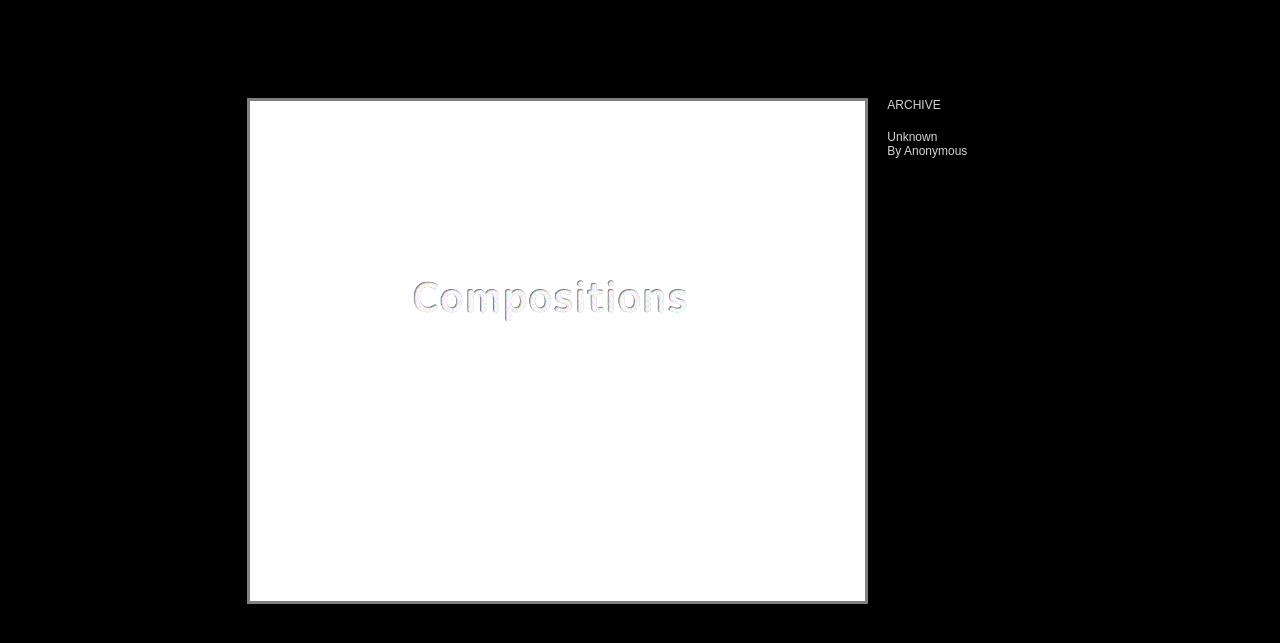
Repository: parkh899/parkh899.github.io
Page: lab/archive/display.html
The author's editor kept a record of every edit. The page is drawn from the files as they stood at one moment, then again after the next edit.
The browser window is 1280 px wide. The pictures show the whole page.

Above is the page before.
Console error (its wording comes from the project's code and is left out).

### lab/archive/display.html
<html>
<head>
  <meta charset="utf-8">
  <title>jQuery UI Selectable - Default functionality</title>
  <style>
  table {
 	border-spacing: 5px;
  }

  img {
	margin 5px;
  }

  .imgWork {
	height: 500px;
	border-style: solid;
	border-width: 3px;
	border-color: gray;
  }

  .workText {
	color: lightgray;
	font-family: Sans-serif;
	font-size: 12px;
	margin-right: 10px;
  }

  a:link {
    text-decoration: none;
	font-family: vrinda, arial, "Times New Roman", Times, serif;
	font-size: 12px;
	color: lightgray;
  }

  a:visited {
    text-decoration: none;
	color: lightgray;
  }

  a:hover {
    text-decoration: none;
	color: gray;
  }

  a:active {
    text-decoration: none;
  }
  </style>

  <link rel="icon" href="favicon.jpg" sizes="16x16 32x32" type="image/jpg">
  <script type='text/javascript' src='js/jquery-2.1.3.js'></script>
  <script>

  $(function() {
	var work = JSON.parse(localStorage.work);
	var html = "";

	html += "<img class='imgWork' src='img/" + work.id + ".gif' />";
	console.debug(html);
    $("#work").html(html);
	$("#title").html(work.title);
	$("#author").html("By " + work.author);
	$("#source").html("<a target='source' href='view-source:" + work.link + "'>View Source</a>");
  });
  </script>
</head>
<body bgcolor="black">

<table width="100%" height="100%">
<tr>
<td align="center" valign="center">

<table>
<tr>
  <td width="80%" align="center" valign="center">
    <div id='work'><img class='imgWork' src='img/cover.gif'/></div><br/>
  </td>
  <td width="1%">
  </td>
  <td width="20%" valign="top">
	<a href="archive.html">ARCHIVE</a><br/><br/>
	<span id="title" class="workText">Unknown</span><br/>
	<span id="author" class="workText">By Anonymous</span><br/><br/><br/>
	<span id="source" class="workText"></span>
  </td>
</tr>
</table>

</td>
</tr>
</table>

</body>
</html>

Loaded but not shown: lab/archive/js/jquery-2.1.3.js (library)

After the next edit:
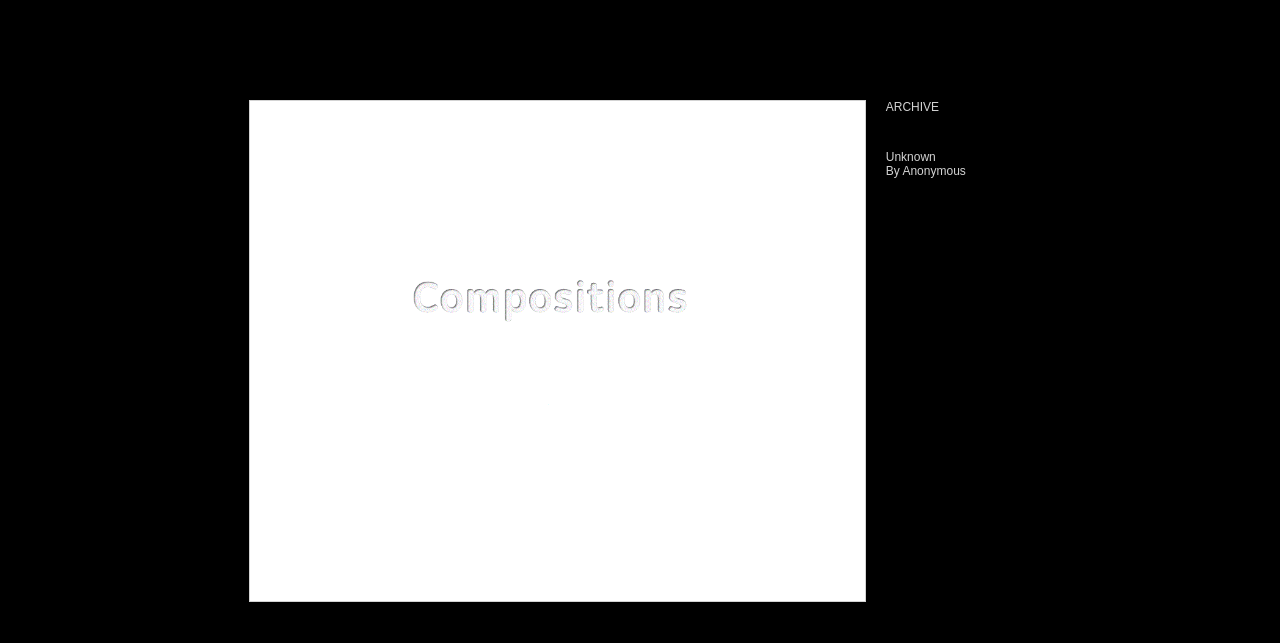
The edit:
--- a/lab/archive/display.html
+++ b/lab/archive/display.html
@@ -14,15 +14,16 @@
   .imgWork {
 	height: 500px;
 	border-style: solid;
-	border-width: 3px;
-	border-color: gray;
+	border-width: 1px;
+	border-color: lightgray;
   }
 
   .workText {
 	color: lightgray;
 	font-family: Sans-serif;
 	font-size: 12px;
-	margin-right: 10px;
+	margin-right: 1px;
+	margin-top: 5px;
   }
 
   a:link {
@@ -49,6 +50,7 @@
 
   <link rel="icon" href="favicon.jpg" sizes="16x16 32x32" type="image/jpg">
   <script type='text/javascript' src='js/jquery-2.1.3.js'></script>
+
   <script>
 
   $(function() {
@@ -60,6 +62,7 @@
     $("#work").html(html);
 	$("#title").html(work.title);
 	$("#author").html("By " + work.author);
+	$("#email").html(work.email);
 	$("#source").html("<a target='source' href='view-source:" + work.link + "'>View Source</a>");
   });
   </script>
@@ -77,10 +80,11 @@
   </td>
   <td width="1%">
   </td>
-  <td width="20%" valign="top">
-	<a href="archive.html">ARCHIVE</a><br/><br/>
+  <td width="27%" valign="top">
+	<a href="archive.html">ARCHIVE</a><br/><br/><br/>
 	<span id="title" class="workText">Unknown</span><br/>
-	<span id="author" class="workText">By Anonymous</span><br/><br/><br/>
+	<span id="author" class="workText">By Anonymous</span><br/>
+	<span id="email" class="workText"></span><br/><br/><br/>
 	<span id="source" class="workText"></span>
   </td>
 </tr>
